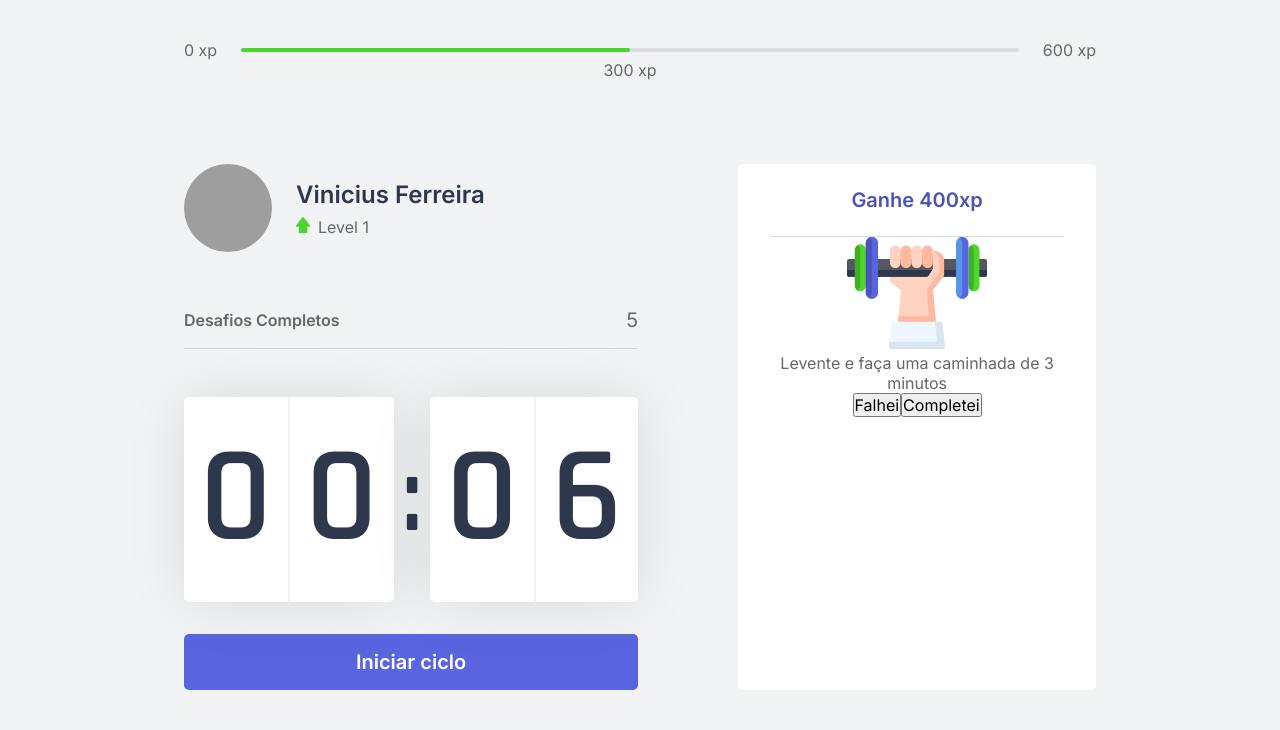
Repository: viniciusfg05/nlwFocus
Page: /
An editor plug-in stored every save of this project. The page is shown before and after the next save, followed by the edit.
The browser window is 1280 px wide. The pictures show the whole page.
Pictures or frames that could not be fetched are drawn as grey boxes. The project was rebuilt for these pictures with package versions that can differ from the ones it lists, and the page was loaded fresh each time. The framework's server and built-in components were replaced by stand-ins that run in the browser.

Above is the page before, as saved 2022-02-28 13:58:34.

### src/pages/_app.tsx
import '../styles/global.css'

import { AppProps } from 'next/app'

function MyApp({ Component, pageProps }: AppProps) {
  return <Component {...pageProps} />
}

export default MyApp

### src/pages/_document.tsx
import Document, { Html, Head, Main, NextScript} from 'next/document'

export default class Mydocument extends Document {
    render() {
        return(
            <Html>
                <Head>
                    <link rel='shortcut icon' href='favicon.png' type='image/png' />

                    <link rel="preconnect" href="https://fonts.gstatic.com" />
                    <link href="https://fonts.googleapis.com/css2?family=Inter:wght@400;500;600&family=Rajdhani:wght@600&display=swap" rel="stylesheet" />
                </Head>
                <body>
                    <Main />
                    <NextScript />
                </body>
            </Html>
        )
    }
}

### src/pages/index.tsx
import { CompleteChallenges } from "../components/CompleteChallenges";
import { CountDown } from "../components/CountDown";
import { ExperienceBar } from "../components/ExperinceBar";
import { Profile } from "../components/Profile";
import { ChallegesBox } from "../components/ChallegesBox";

import styles from "../styles/pages/Home.module.css"

import Head from 'next/head'

export default function Home() {
  return (
    <div className={styles.container}>
      <Head>
        <title>Inicio | Focus</title>
      </Head>

      <ExperienceBar />

      <section>
        <div>
          <Profile />
          <CompleteChallenges />
          <CountDown />
        </div>
        <div>
          <ChallegesBox />
        </div>
      </section>

    </div>
  )
}

### src/styles/global.css
*{
    margin: 0;
    padding: 0;
    box-sizing: border-box;
}

:root{
    --white: #fff;
    --background: #f2f3f5;
    --gray-line: #DCDDE0;
    --text: #666666;
    --text-highligth: #B3B9FF;
    --title: #2E384D;
    --red: #E83F5B;
    --green: #4CD62B;
    --blue: #5965E0;
    --blue-dark: #4953B8;
    --blue-twitter: #2AA9E0;
}

@media(max-white: 1080px) {
    html{
        font-size: 93.75%;
    }
}

@media(max-white: 750px) {
    html{
        font-size: 87.5%;
    }
}

body{
    background-color: var(--background);
    color: var(--text);

}

body, input, textarea, button {
    font: 400 1rem 'inter', sans-serif;
}

button{
    cursor: pointer;
}

a{
    color: inherit; /* para erdar a color do container */
    text-decoration: none;
}

### src/components/CompleteChallenges.tsx
import styles from '../styles/components/CompleteChallenges.module.css'


export function CompleteChallenges() {
    return(
        <div className={styles.CompleteChallenges}>
            <strong>Desafios Completos</strong>
            <span>5</span>
        </div>
    )
}

### src/components/CountDown.tsx
import { useState, useEffect } from 'react'
import styles from '../styles/components/CountDown.module.css'

let countDownTimeOut: NodeJS.Timeout; //para cancelar o timeOut


export function CountDown() {
    const [ time, setTime ] = useState(0.1 * 60)
    const [ isActive, setIsActive ] = useState(false)// para iniciar com desabilitado o conometro
    const [ timeFineshed, setTimeFineshed] = useState(false)

    const minutos = Math.floor(time / 60);
    const segundos = (time % 60); // '%' resto da divisão

    const [minuteLefts, minuteRight] = String(minutos).padStart(2, '0').split('')
    const [ segundosLefts, segundosRights ] = String(segundos).padStart(2, '0').split('')

    // padStart(2 '0') = para os numero a baixo de 10 ele vai add um '0' no inicio, ex. '05'
    // split('') = ele vai pera a string por exemplo '25' e repartir em dois '2' e '5'. split devolve um array com primeiro e segundo caractere

    function startCoutDown() {
        setIsActive(true);
    }

    function CancelCoutDown() {
        clearTimeout(countDownTimeOut)
        setIsActive(false);
        setTime((0.1 * 60))
    }

    useEffect(() => {
        if (isActive && time > 0) {
            countDownTimeOut = setTimeout(() => {setTime(time - 1);}, 1000)
        } else if (isActive && time === 0) {
            setTimeFineshed(true)
            setIsActive(false);

        }
    }, [isActive, time]);

    // setTimeout(() => {setTime(time - 1);}, 1000) = setTimeout = depois de 1000ms execute uma função; setTime recebe o valor de time -1.ou seja ele mudar para -1 a cada 1s e se add o time no useEffect sempre que o time mudar ele tira mais 1 segundo
    return(
        <div>
            <div className={styles.CountDownContainer}>
            <div>
                <span>{minuteLefts}</span>
                <span>{minuteRight}</span>
            </div>
            <span>:</span>
            <div>
                <span>{segundosLefts}</span>
                <span>{segundosRights}</span>
            </div>
        </div>

        {timeFineshed ? (
            <button
            disabled
            className={`${styles.CountdownButton} ${styles.CountdownButtonFinished}`}
            >
                Cliclo encerrado
            </button>
        ) : (
            <>
                { isActive ? (
                    <button
                    type="button"
                    className={`${styles.CountdownButton} ${styles.CountdownButtonActive} `}
                    onClick={CancelCoutDown}
                    >
                        Abondonar ciclo
                    </button>
                ) : (
                    <button
                        type="button"
                        className={styles.CountdownButton}
                        onClick={startCoutDown}
                     >
                        Iniciar ciclo
                    </button>
                )}
            </>
        )}






        </div>
    )
}

### src/components/ExperinceBar.tsx
import styles from '../styles/components/ExperienceBar.module.css'

export function ExperienceBar() {
    return(
        <header className={styles.experienceBar}>
            <span>0 xp</span>
                <div>
                    <div style={{ width: '50%',}}/>

                    <span className={styles.currentExperience} style={{ left: '50%'}}>300 xp</span>
                </div>
            <span>600 xp</span>
        </header>
    )
}

### src/components/Profile.tsx
import styles from '../styles/components/Profile.module.css'


export function Profile() {
    return(
        <div className={styles.profileContainer} >
            <img src="https://avatars.githubusercontent.com/u/68232658?s=400&u=003f61fe1fe4474daf9c3f5226d596c5f99dd759&v=4" alt="Vinicius Ferreira" />
            <div>
                <strong>Vinicius Ferreira</strong>
                <p>
                    <img src="icons/level.svg" alt="Level" />
                    Level 1
                </p>
            </div>
        </div>
    )
}

### src/components/ChallegesBox.tsx
import styles from '../styles/components/ChallegesBox.module.css'

export function ChallegesBox() {
  const hasActiveChallengen = true

  return (
    <div className={styles.ChallegesBoxContainer}>
      {hasActiveChallengen ? (
        <div className={styles.ChallegesBoxActive}>
          <header>Ganhe 400xp</header>
          <main>
            <img src="icons/body.svg" alt="Ganhe 400xp" />
            <p>Levente e faça uma caminhada de 3 minutos</p>
          </main>

          <footer>
            <button
            type="button"
            className={styles.ChallegesFailedButton}
            >
              Falhei
            </button>

            <button
            type="button"
            className={styles.ChallegesCompleteButton}
            >
              Completei
            </button>
          </footer>
        </div>


      ) : (
        <div className={styles.ChallegesBoxNotActive}>
        <strong>Finalize um ciclo para receber um desafio</strong>
        <p>
          <img src="icons/level-up.svg" alt="Level up" />
          Avance de level completando os desafios
        </p>
      </div>
      )}
    </div>
  )
}

### src/styles/pages/Home.module.css
.container{
    height: 100;
    max-width: 992px;
    margin: 0 auto;
    padding: 2.5rem;

    display: flex;
    flex-direction: column;

    gap: 6.5rem;
}

.container section {
    flex: 1;

    display: grid;
    grid-template-columns: 1fr 1fr;
    gap: 6.25rem;
    align-content: center;
}

### src/styles/components/CompleteChallenges.module.css
.CompleteChallenges {
    display: flex;
    align-items: center;
    justify-content: space-between;

    margin: 3.5rem 0 0;
    padding-bottom: 1rem;
    border-bottom: 1px solid #d7d8da;
    font-weight: 400;
    /* font: "Inter", sans-serif; ; */
    margin-bottom: 3rem
}


.CompleteChallenges span:first-child{
    font-size: 1.25rem;
}


.CompleteChallenges span:last-child{
    font-size: 1.25rem;
}

### src/styles/components/CountDown.module.css
.CountDownContainer {
  display: flex;
  align-items: center;
  font-family: Rajdhani;
  font-weight: 600;
  color: var(--title);
}

.CountDownContainer > div {
  flex: 1;

  display: flex;
  align-items: center;
  justify-content: space-evenly;

  background-color: var(--white);
  box-shadow: 0 0 60px rgba(0, 0, 0, 0.1);
  border-radius: 5px;
  font-size: 8.5rem;
  text-align: center;
}

.CountDownContainer > div span {
  flex: 1;
}

.CountDownContainer > div span:first-child {
  border-right: 1px solid #f8f1f3;
  padding: 1rem;
}

.CountDownContainer > div span:last-child {
  border-left: 1px solid #f8f1f3;
  padding: 1rem;
}

.CountDownContainer > span {
  font-size: 6.5rem;
  margin: 0 0.5rem;
}

.CountdownButton {
  width: 100%;
  height: 3.5rem;

  margin-top: 2rem;

  display: flex;
  align-items: center;
  justify-content: center;

  border: 0;
  border-radius: 5px;
  background-color: var(--blue);
  color: var(--white);

  font-size: 1.25rem;
  font-weight: 600;
  transition: background-color 0.3s;
}

.CountdownButton:not(:disabled):hover {
  background-color: var(--blue-dark);
}

.CountdownButtonActive {
  background-color: var(--red);
  color: var(--gray-line);

  transition: 0.3s;
}

.CountdownButtonActive:hover {
  background-color: #b83349;
  color: var(--gray-line);
}

.CountdownButtonFinished {
  background-color: var(--green);
  color: var(--title);
  cursor: not-allowed;
}

### src/styles/components/ExperienceBar.module.css
.experienceBar {
    display: flex;
    align-items: center;
}

.experienceBar spam {
    font-size: 1 rem;
}

.experienceBar > div {
    flex: 1;
    height: 4px;
    border-radius: 4px;
    background-color: var(--gray-line);
    margin: 0 1.5rem;
    position: relative;
}

.experienceBar > div > div{
    height: 4px;
    border-radius: 4px;
    background-color: var(--green)
}

span.currentExperience{
    position: absolute;
    top: 12px;
    transform: translateX(-50%)
}

### src/styles/components/Profile.module.css
.profileContainer {
    display: flex;
    align-items: center;
}

.profileContainer > img{
    width: 5.5rem;
    height: 5.5rem;
    border-radius: 50%;
}

.profileContainer div{
    margin-left: 1.5rem;
}

.profileContainer div strong {
    font-size: 1.5rem;
    font-weight: 600;
    color: var(--title);
}

.profileContainer div p {
    font-size: 1rem;
    margin-top: 0.5rem;
}

.profileContainer div p img {
    margin-right: 0.5rem;
}

### src/styles/components/ChallegesBox.module.css
.ChallegesBoxContainer {
  height: 100%;
  background: var(--white);
  border-radius: 5px;
  padding: 1.5rem 2rem;
  display: flex;
  flex-direction: column;
  align-items: center;
  justify-content: center;

  text-align: center;
}

.ChallegesBoxNotActive {
  display: flex;
  flex-direction: column;
  align-items: center;
}

.ChallegesBoxNotActive strong {
  font-size: 1.5rem;
  font-weight: 500;
  line-height: 1.4rem;
}

.ChallegesBoxNotActive p {
  display: flex;
  flex-direction: column;
  align-items: center;
  line-height: 1.4rem;
  max-width: 70%;
  margin-top: 3rem;
}

.ChallegesBoxNotActive p img {
  margin-bottom: 1rem;
}

.ChallegesBoxActive {
  height: 100%;
  display: flex;
  flex-direction: column;
}

.ChallegesBoxActive header {
  color: var(--blue-dark);
  font-weight: 600;
  font-size: 1.25rem;
  padding: 0 2rem 1.5rem;
  border-bottom: 1px solid var(--gray-line);
}

After the next save:
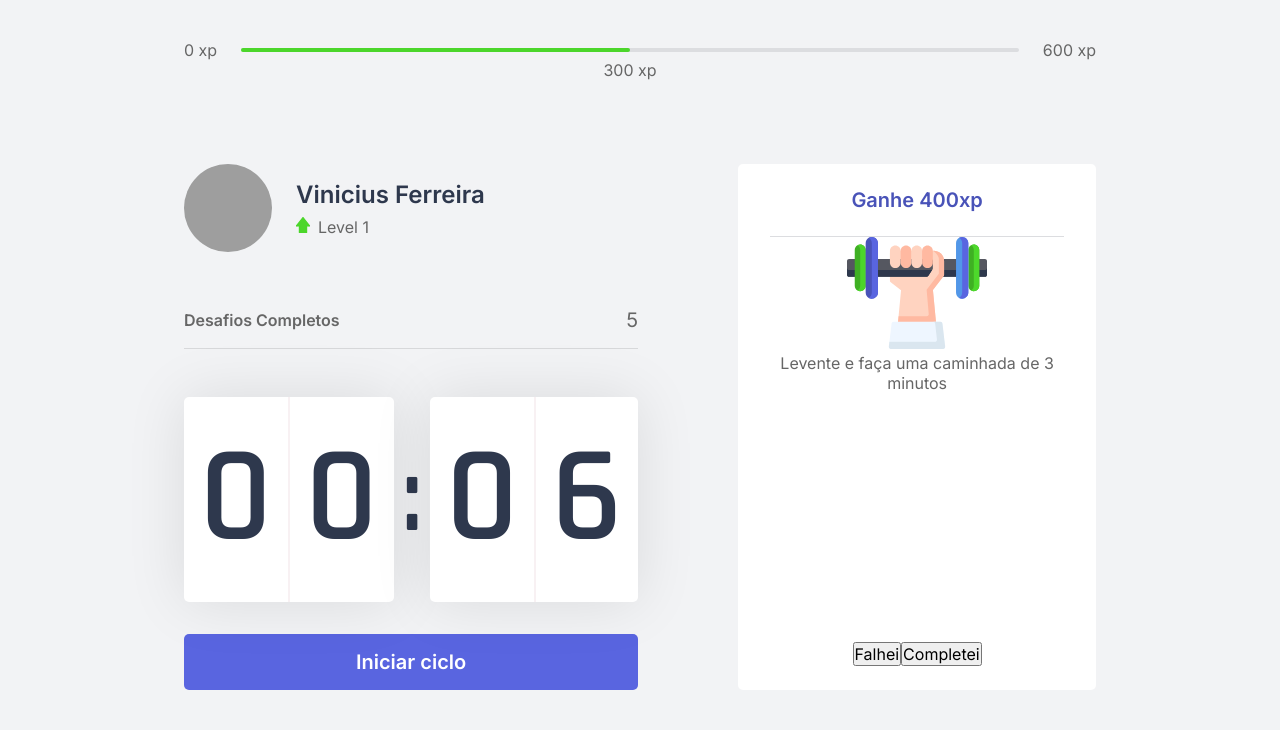
Saved 39 s later.
--- a/src/styles/components/ChallegesBox.module.css
+++ b/src/styles/components/ChallegesBox.module.css
@@ -49,3 +49,7 @@
   padding: 0 2rem 1.5rem;
   border-bottom: 1px solid var(--gray-line);
 }
+
+.ChallegesBoxActive main {
+  flex: 1;
+}
